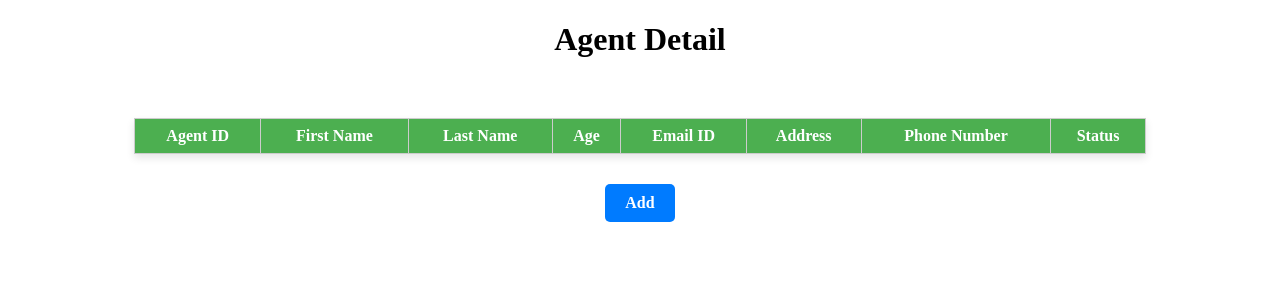
Repository: sowmini-nats/git-spring-project
Page: http://localhost/InsuranceAutomationSystem/AgentList.jsp
The author's editor kept a copy of each file at every save. The page is drawn from the files as they stood at one save, then again after the next save.
The browser window is 1280 px wide. The pictures show the whole page.
The page is served by Tomcat 10. Other server files are loaded and not shown. The template is opened directly, without the code that normally fills it, so the values that code supplies are empty.

Above is the page before, as saved 2023-10-29 12:06:25.

### eclipse-workspace-jspassessment/InsuranceAutomationSystem/src/main/webapp/AgentList.jsp
<%@ page language="java" contentType="text/html; charset=ISO-8859-1"
    pageEncoding="ISO-8859-1"%>
<%@ page  import="com.example.demo.model.User,java.util.List"%>
<%@taglib prefix="c" uri="http://java.sun.com/jsp/jstl/core"%>
<!DOCTYPE html>
<html>
<head>
<meta charset="ISO-8859-1">
<title>Agent Detail</title>
<style>
table {
        border-collapse: collapse;
        width: 80%;
        margin: 20px auto;
        box-shadow: 0 4px 8px rgba(0,0,0,0.1); /* Add shadow */
        border: 1px solid #ccc; /* Add border */
    }
    th, td {
        border: 1px solid #ccc;
        padding: 8px;
        text-align: center;
        transition: background-color 0.3s; /* Add transition */
    }

    tr:nth-child(even) {
        background-color: #f2f2f2;
    }

    th {
        background-color: #4CAF50;
        color: white;
    }

    th:hover, td:hover {
        background-color: #f9f9f9; /* Change color on hover */
    }
        .animated-table {
            width: 100%;
            border-collapse: collapse;
            animation: fadeIn 1s;
        }

        .animated-table th, .animated-table td {
            border: 1px solid #dddddd;
            text-align: center;
            padding: 8px;
        }

        .animated-table th {
            background-color: #f2f2f2;
        }

        @keyframes fadeIn {
            from {
                opacity: 0;
            }
            to {
                opacity: 1;
            }
        }
         a {
        display: inline-block;
        margin: 10px;
        padding: 10px 20px;
        background-color: #007bff;
        color: #fff;
        text-decoration: none;
        border: none;
        border-radius: 5px;
        font-weight: bold;
        text-align: center;
        text-decoretion:none;
    }

    a:hover {
        background-color: #0056b3;
    }
    </style>
</head>
<body>
<center>
<h1>Agent Detail</h1><br>

<table>
<thead>
<tr>
        <th>Agent ID</th>
        <th>First Name</th>
        <th>Last Name</th>
        <th>Age</th>
        <th>Email ID</th>
        <th>Address</th>
        <th>Phone Number</th>
        <th>Status</th>
</tr>
</thead>
<tbody>
<c:forEach items="${agentList}" var="item">
<tr>
		<td><c:out value="${item.userId}"/></td>
		<td><c:out value="${item.firstName}"/></td>
		<td><c:out value="${item.lastName}"/></td>
		<td><c:out value="${item.age}"/></td>
		<td><c:out value="${item.emailId}"/></td>
		<td><c:out value="${item.address}"/></td>
		<td><c:out value="${item.phoneNumber}"/></td>
		<td><c:out value="${item.status}"/></td>
</tr>
</c:forEach>
</tbody>
</table>
<a href="">Add</a>
</center>
</body>
</html>

After the next save:
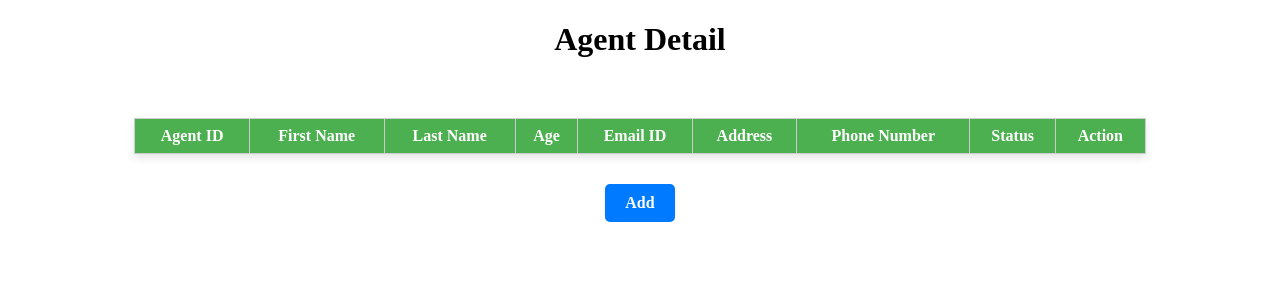
Saved 4 min 50 s later.
--- a/eclipse-workspace-jspassessment/InsuranceAutomationSystem/src/main/webapp/AgentList.jsp
+++ b/eclipse-workspace-jspassessment/InsuranceAutomationSystem/src/main/webapp/AgentList.jsp
@@ -92,6 +92,7 @@ table {
         <th>Address</th>
         <th>Phone Number</th>
         <th>Status</th>
+        <th>Action</th>
 </tr>
 </thead>
 <tbody>
@@ -105,6 +106,7 @@ table {
 		<td><c:out value="${item.address}"/></td>
 		<td><c:out value="${item.phoneNumber}"/></td>
 		<td><c:out value="${item.status}"/></td>
+		<td><button>Update Status</button></td>
 </tr>
 </c:forEach>
 </tbody>
